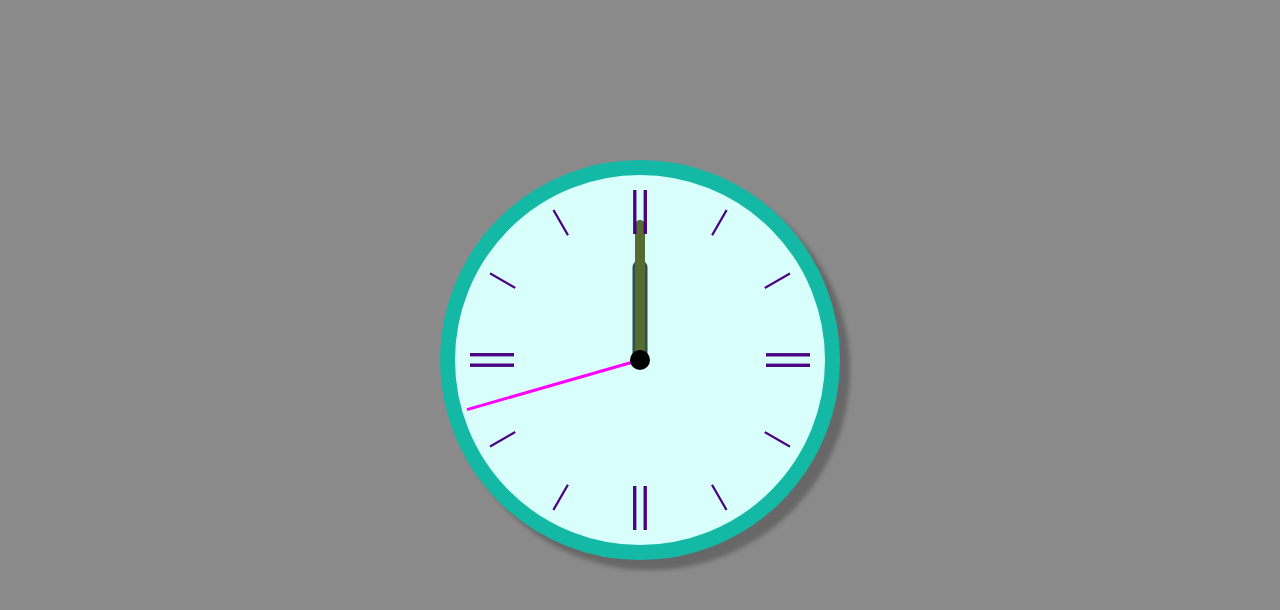
Repository: ChenWarren/web-clock
Page: index.html
These files come from the project's save history. The page is drawn as it stood at one moment and after the next save; the edit follows.
The browser window is 1280 px wide. The pictures show the whole page.

Above is the page before, as saved 2021-03-19 09:53:00.

After the next save:
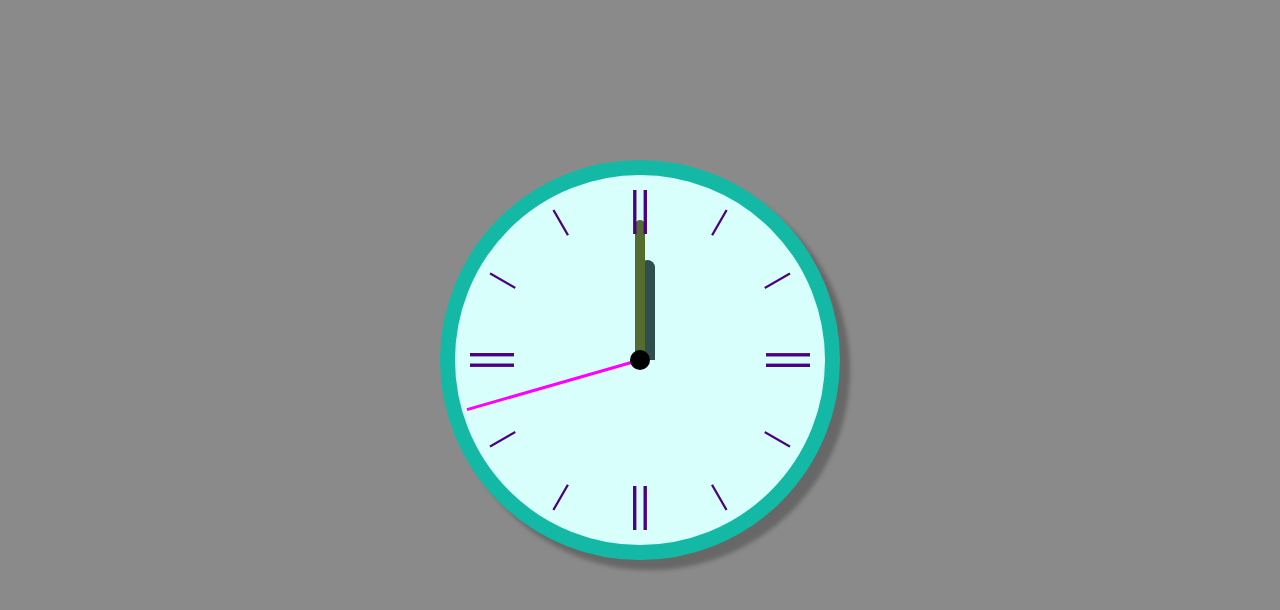
Saved 24 s later.
--- a/clock.js
+++ b/clock.js
@@ -1,4 +1,4 @@
-// setInterval(setClock, 1000)
+setInterval(setClock, 1000)
 
 function setClock()
 {

After the 3 saves that followed:
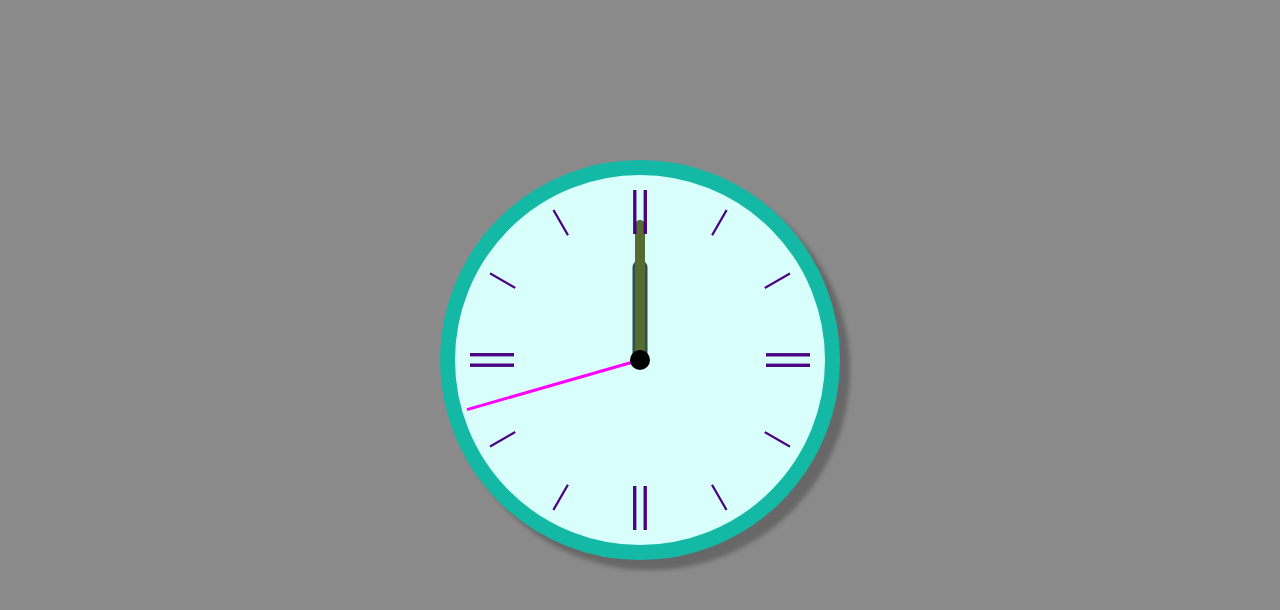
The 3 saves are shown as one change because 1 left the picture as it was and some came seconds apart.
The last was saved 56 s later.
--- a/clock.js
+++ b/clock.js
@@ -1,4 +1,4 @@
-setInterval(setClock, 1000)
+// setInterval(setClock, 1000)
 
 function setClock()
 {
@@ -7,7 +7,7 @@
     let minute = date.getMinutes()/60
     let second = date.getSeconds()/60
 
-    document.getElementsByClassName('hour')[0].style.setProperty('--rotation', hour)
+    document.getElementsByClassName('hour')[0].style.setProperty('--rotation', hour*360)
 
     console.log(hour)
 }
